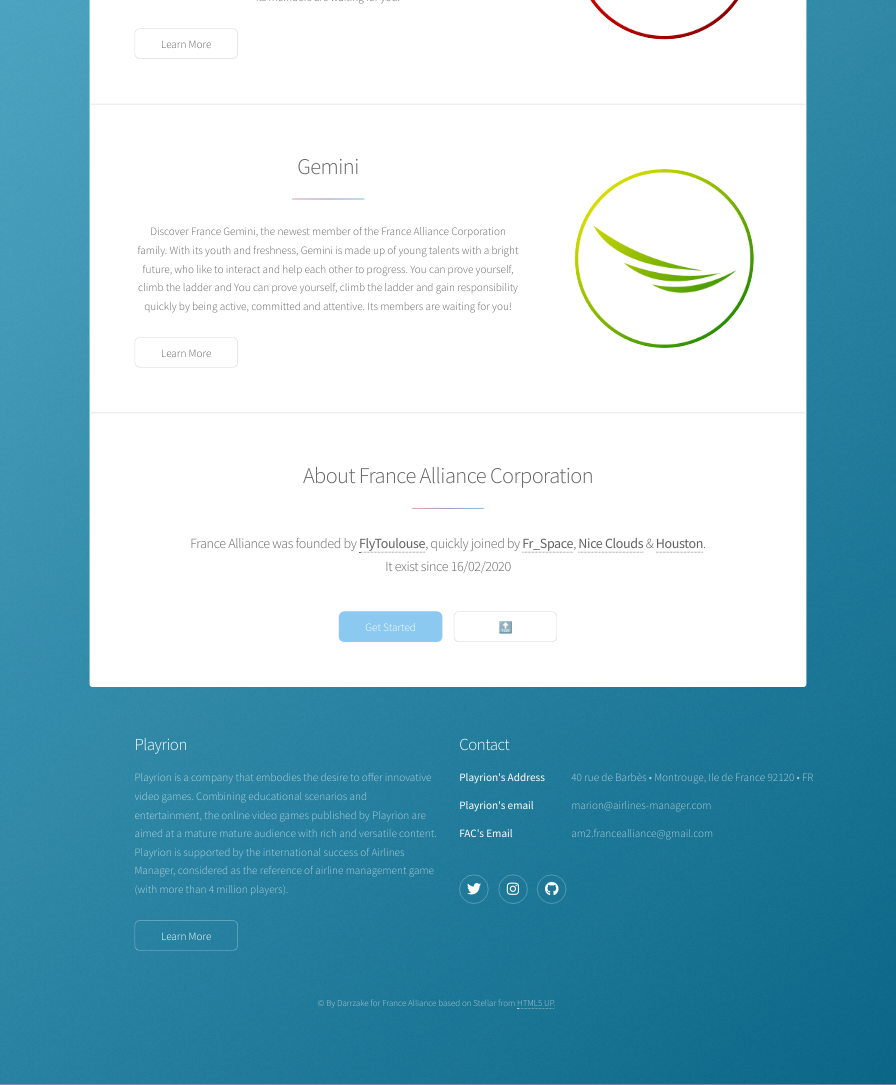
Repository: France-Alliance/France-Alliance.github.io
Page: index.html
The author's editor kept a copy of each file at every save. The page is drawn from the files as they stood at one save, then again after the next save.
The browser window is 1280 px wide. The pictures show the part of the page from y = 2495 to 4415 px (the page is 4045 px tall before and 4415 px after), at 70% of full size.

Above is the page before, as saved 2021-05-01 15:40:32.

After the next save:
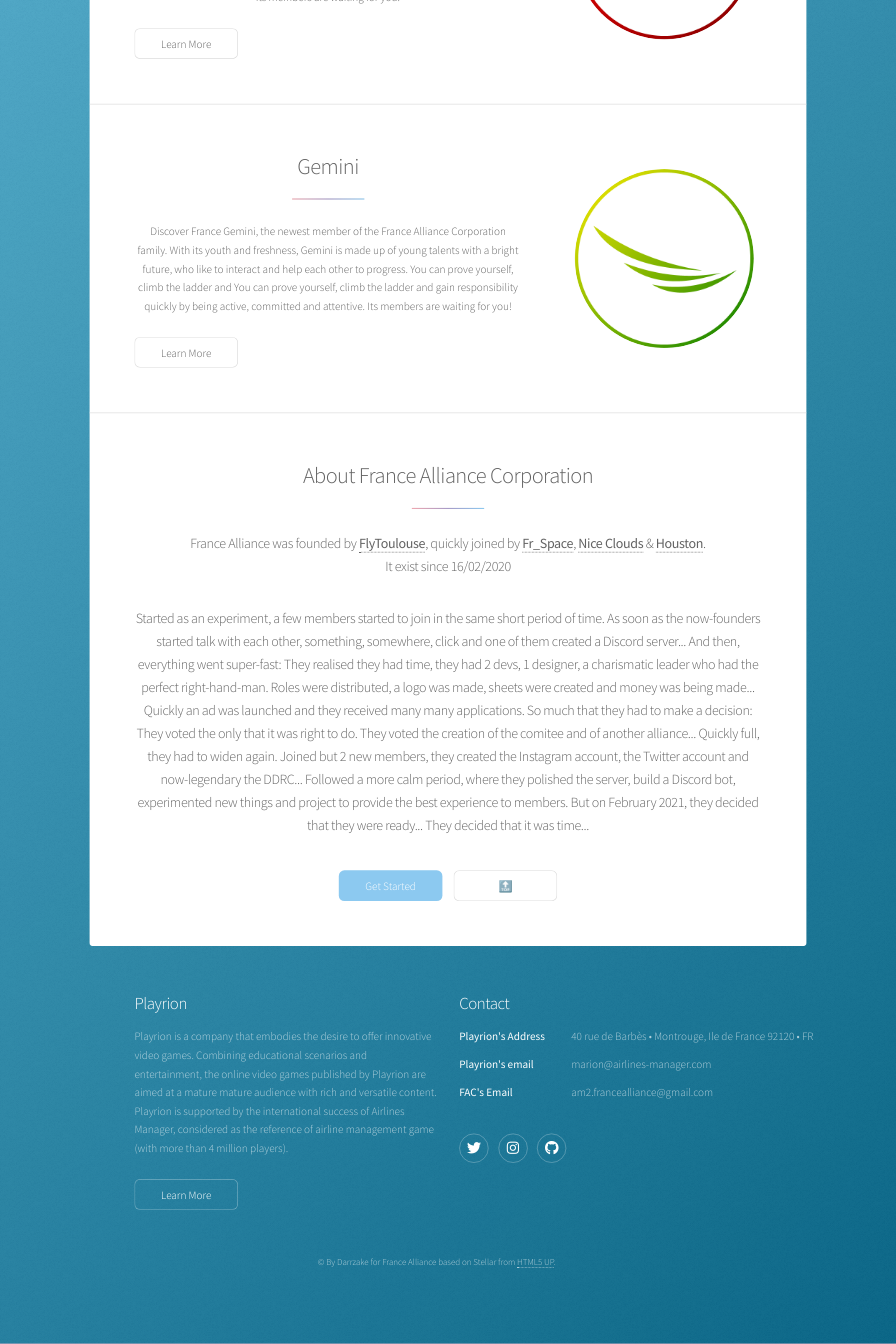
Saved 24 min 28 s later.
--- a/index.html
+++ b/index.html
@@ -249,6 +249,17 @@
 								Clouds</b></a> &
 						<a href="https://www.airlines-manager.com/company/profile/airline/4164392"><b>Houston</b></a>.
 						<br>It exist since 16/02/2020
+					</p>
+					<p>Started as an experiment, a few members started to join in the same short period of time.
+					As soon as the now-founders started talk with each other, something, somewhere,  click and one of them created a Discord server...
+					And then, everything went super-fast: They realised they had time, they had 2 devs, 1 designer, a charismatic leader who had the
+					perfect right-hand-man. Roles were distributed, a logo was made, sheets were created and money was being made...
+					Quickly an ad was launched and they received many many applications. So much that they had to make a decision:
+					They voted the only that it was right to do. They voted the creation of the comitee and of another alliance...
+					Quickly full, they had to widen again. Joined but 2 new members, they created the Instagram account, the Twitter account and
+					now-legendary the DDRC... Followed a more calm period, where they polished the server, build a Discord bot, experimented new things and project to provide
+					the best experience to members. But on February 2021, they decided that they were ready... They decided that it was time...
+
 					</p>
 				</header>
 				<footer class="major">
